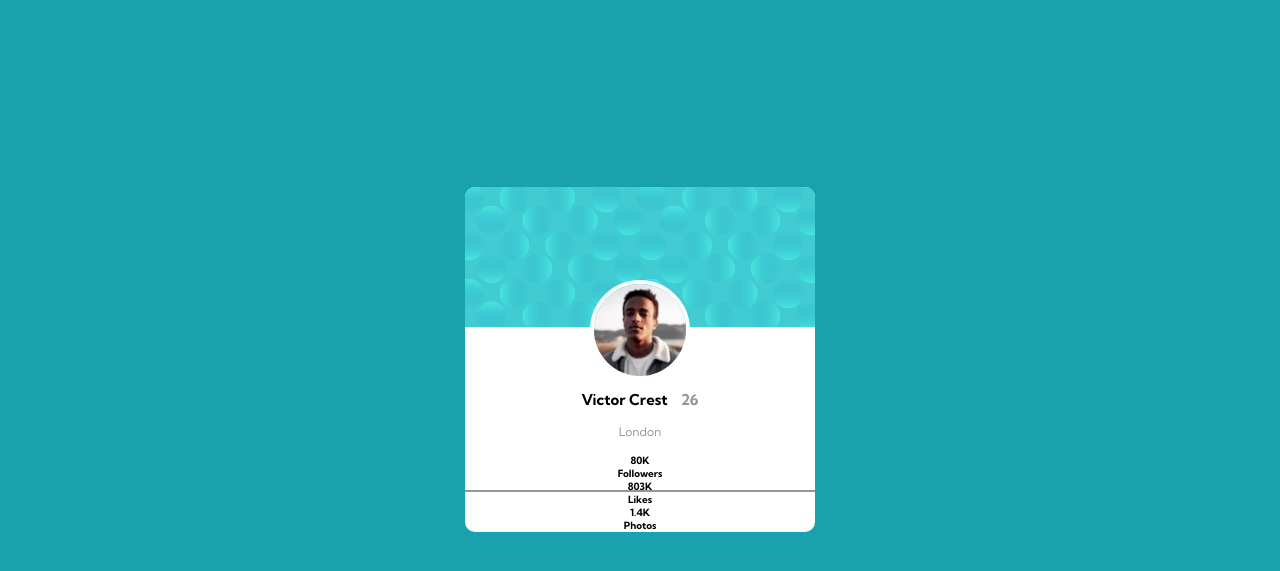
Repository: thaibaocoder1/profile-card-component-main
Page: index.html
An editor plug-in stored every save of this project. The page is shown before and after a run of saves, followed by the edit.
The browser window is 1280 px wide. The pictures show the whole page.

Above is the page before, as saved 2023-01-11 14:04:55.

After the next 2 saves:
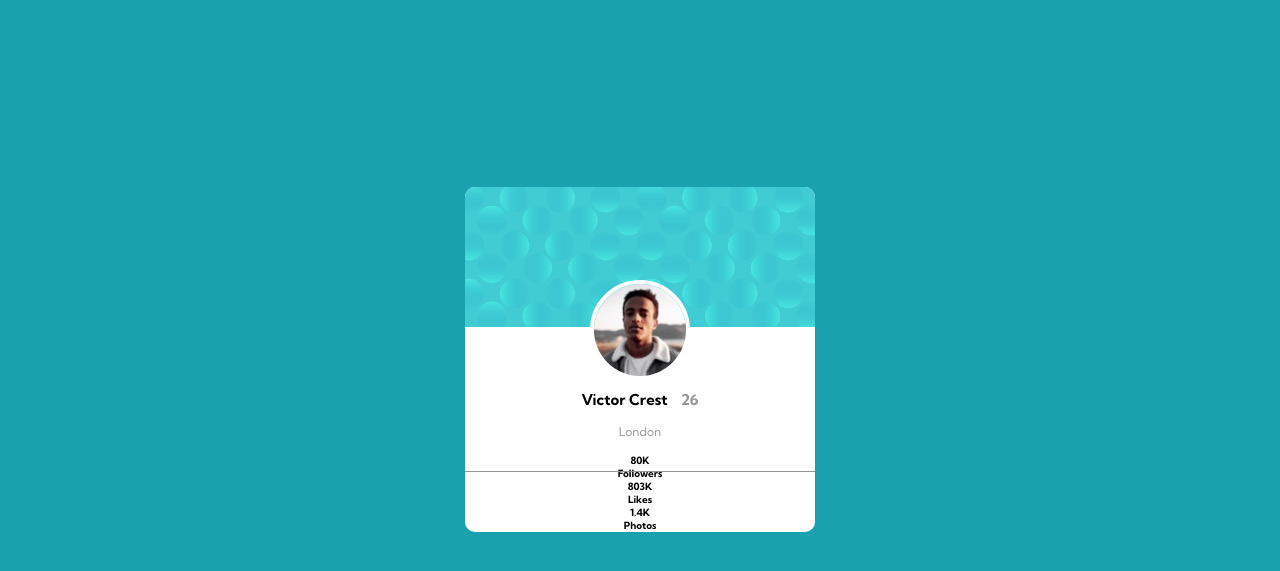
The 2 saves are shown as one change because they came seconds apart.
The last was saved 18 s later.
--- a/style.css
+++ b/style.css
@@ -67,9 +67,9 @@ body {
 .card__content::before {
     content: "";
     width: 100%;
-    height: 2px;
+    height: 1px;
     background-color: var(--dark-grey);
     position: absolute;
     left: 0;
-    bottom: 20%;
+    bottom: 6rem;
 }
